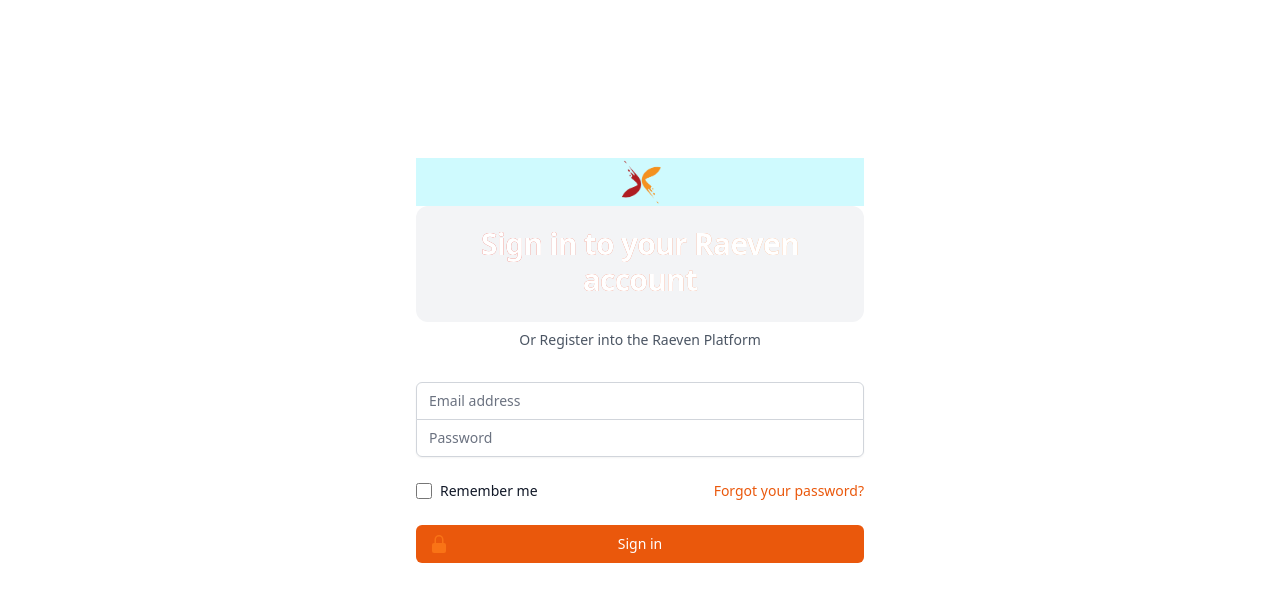
Repository: Curiosityxploring/raeven-site
Page: /login
An editor plug-in stored every save of this project. The page is shown before and after the next save, followed by the edit.
The browser window is 1280 px wide. The pictures show the whole page.
The project was rebuilt for these pictures with package versions that can differ from the ones it lists, and the page was loaded fresh each time. The framework's server and built-in components were replaced by stand-ins that run in the browser. Also part of the build but not shown: next.config.js.

Above is the page before, as saved 2023-01-12 15:41:29.

### pages/login.jsx
import React from "react";
import { LockClosedIcon } from "@heroicons/react/20/solid";

export default function login() {
  return (
    <>
      {/*
        This example requires updating your template:

        ```
        <html class="h-full bg-gray-50">
        <body class="h-full">
        ```
      */}
      <div className="flex h-screen items-center justify-center py-12 px-4 sm:px-6 lg:px-8">
        <div className="w-full max-w-md space-y-8">
          <div>
            <div className="bg-cyan-100 flex grow-0">
            <img
              className="mx-auto h-12 w-auto"
              src="/images/curiositylogo.png"
              alt="Raeven Platform"
            />
            </div>
            <div className="px-2 py-3 rounded-xl bg-gray-100">
              <h2 className=" text-center text-3xl font-bold tracking-tight text-white px-1 py-2 rounded-xl bg-gradient-to-r from-red-600 to-orange-300 bg-clip-text pb-3 text-transparent">
                Sign in to your Raeven account
              </h2>
            </div>
            <p className="mt-2 text-center text-sm text-gray-600">
              Or{" "}
              <a
                href="#"
                className="font-medium text-gray-600 hover:text-red-400"
              >
                Register into the Raeven Platform
              </a>
            </p>
          </div>
          <form className="mt-8 space-y-6" action="#" method="POST">
            <input type="hidden" name="remember" defaultValue="true" />
            <div className="-space-y-px rounded-md shadow-sm">
              <div>
                <label htmlFor="email-address" className="sr-only">
                  Email address
                </label>
                <input
                  id="email-address"
                  name="email"
                  type="email"
                  autoComplete="email"
                  required
                  className="relative block w-full appearance-none rounded-none rounded-t-md border border-gray-300 px-3 py-2 text-gray-900 placeholder-gray-500 focus:z-10 focus:border-indigo-500 focus:outline-none focus:ring-indigo-500 sm:text-sm"
                  placeholder="Email address"
                />
              </div>
              <div>
                <label htmlFor="password" className="sr-only">
                  Password
                </label>
                <input
                  id="password"
                  name="password"
                  type="password"
                  autoComplete="current-password"
                  required
                  className="relative block w-full appearance-none rounded-none rounded-b-md border border-gray-300 px-3 py-2 text-gray-900 placeholder-gray-500 focus:z-10 focus:border-indigo-500 focus:outline-none focus:ring-indigo-500 sm:text-sm"
                  placeholder="Password"
                />
              </div>
            </div>

            <div className="flex items-center justify-between">
              <div className="flex items-center">
                <input
                  id="remember-me"
                  name="remember-me"
                  type="checkbox"
                  className="h-4 w-4 rounded border-gray-300 text-orange-600 focus:ring-indigo-500"
                />
                <label
                  htmlFor="remember-me"
                  className="ml-2 block text-sm text-gray-900"
                >
                  Remember me
                </label>
              </div>

              <div className="text-sm">
                <a
                  href="#"
                  className="font-medium text-orange-600 hover:text-gray-500"
                >
                  Forgot your password?
                </a>
              </div>
            </div>

            <div>
              <button
                type="submit"
                className="group relative flex w-full justify-center rounded-md border border-transparent bg-orange-600 py-2 px-4 text-sm font-medium text-white hover:bg-orange-700 focus:outline-none focus:ring-2 focus:ring-indigo-500 focus:ring-offset-2"
              >
                <span className="absolute inset-y-0 left-0 flex items-center pl-3">
                  <LockClosedIcon
                    className="h-5 w-5 text-orange-500 group-hover:text-orange-400"
                    aria-hidden="true"
                  />
                </span>
                Sign in
              </button>
            </div>
          </form>
        </div>
      </div>
    </>
  );
}

### styles/globals.css
@tailwind base;
@tailwind components;
@tailwind utilities;



/* :root {
  --max-width: 1100px;
  --border-radius: 12px;
  --font-mono: ui-monospace, Menlo, Monaco, 'Cascadia Mono', 'Segoe UI Mono',
    'Roboto Mono', 'Oxygen Mono', 'Ubuntu Monospace', 'Source Code Pro',
    'Fira Mono', 'Droid Sans Mono', 'Courier New', monospace;

  --foreground-rgb: 0, 0, 0;
  --background-start-rgb: 214, 219, 220;
  --background-end-rgb: 255, 255, 255;

  --primary-glow: conic-gradient(
    from 180deg at 50% 50%,
    #16abff33 0deg,
    #0885ff33 55deg,
    #54d6ff33 120deg,
    #0071ff33 160deg,
    transparent 360deg
  );
  --secondary-glow: radial-gradient(
    rgba(255, 255, 255, 1),
    rgba(255, 255, 255, 0)
  );

  --tile-start-rgb: 239, 245, 249;
  --tile-end-rgb: 228, 232, 233;
  --tile-border: conic-gradient(
    #00000080,
    #00000040,
    #00000030,
    #00000020,
    #00000010,
    #00000010,
    #00000080
  );

  --callout-rgb: 238, 240, 241;
  --callout-border-rgb: 172, 175, 176;
  --card-rgb: 180, 185, 188;
  --card-border-rgb: 131, 134, 135;
}

@media (prefers-color-scheme: dark) {
  :root {
    --foreground-rgb: 255, 255, 255;
    --background-start-rgb: 0, 0, 0;
    --background-end-rgb: 0, 0, 0;

    --primary-glow: radial-gradient(rgba(1, 65, 255, 0.4), rgba(1, 65, 255, 0));
    --secondary-glow: linear-gradient(
      to bottom right,
      rgba(1, 65, 255, 0),
      rgba(1, 65, 255, 0),
      rgba(1, 65, 255, 0.3)
    );

    --tile-start-rgb: 2, 13, 46;
    --tile-end-rgb: 2, 5, 19;
    --tile-border: conic-gradient(
      #ffffff80,
      #ffffff40,
      #ffffff30,
      #ffffff20,
      #ffffff10,
      #ffffff10,
      #ffffff80
    );

    --callout-rgb: 20, 20, 20;
    --callout-border-rgb: 108, 108, 108;
    --card-rgb: 100, 100, 100;
    --card-border-rgb: 200, 200, 200;
  }
}

* {
  box-sizing: border-box;
  padding: 0;
  margin: 0;
}

html,
body {
  max-width: 100vw;
  overflow-x: hidden;
}

body {
  color: rgb(var(--foreground-rgb));
  background: linear-gradient(
      to bottom,
      transparent,
      rgb(var(--background-end-rgb))
    )
    rgb(var(--background-start-rgb));
}

a {
  color: inherit;
  text-decoration: none;
}

@media (prefers-color-scheme: dark) {
  html {
    color-scheme: dark;
  }
} */

Loaded but not shown: pages/_app.js (common file); pages/_document.js (common file); tailwind.config.js (common file)

After the next save:
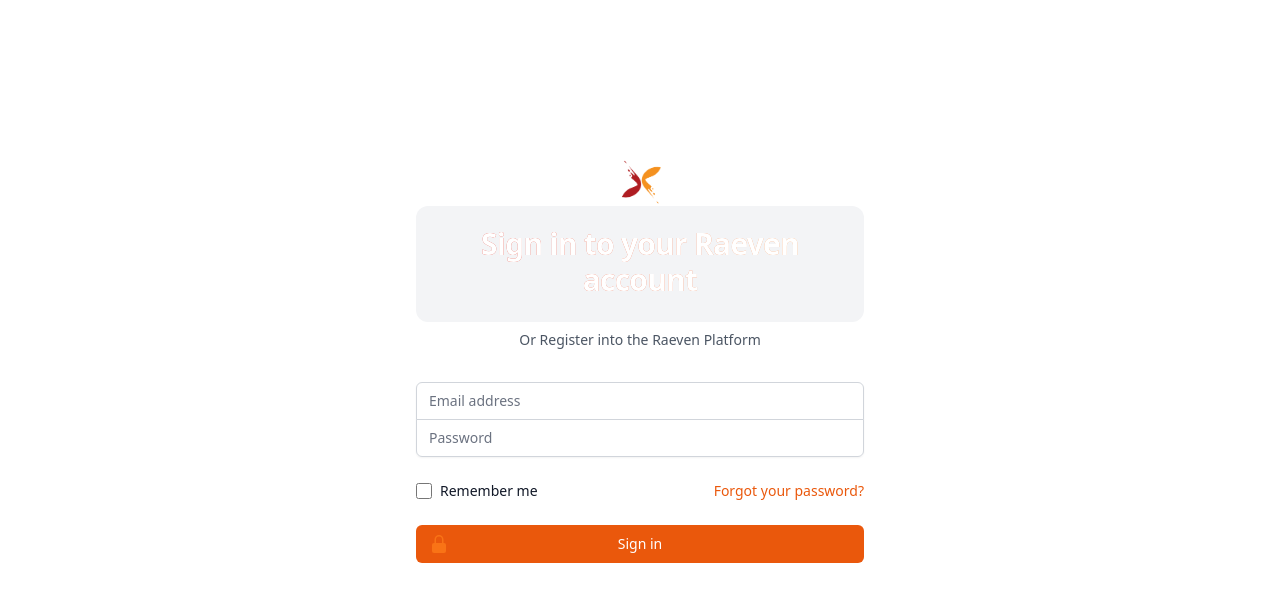
Saved 43 s later.
--- a/pages/login.jsx
+++ b/pages/login.jsx
@@ -15,7 +15,7 @@
       <div className="flex h-screen items-center justify-center py-12 px-4 sm:px-6 lg:px-8">
         <div className="w-full max-w-md space-y-8">
           <div>
-            <div className="bg-cyan-100 flex grow-0">
+            <div className="">
             <img
               className="mx-auto h-12 w-auto"
               src="/images/curiositylogo.png"
